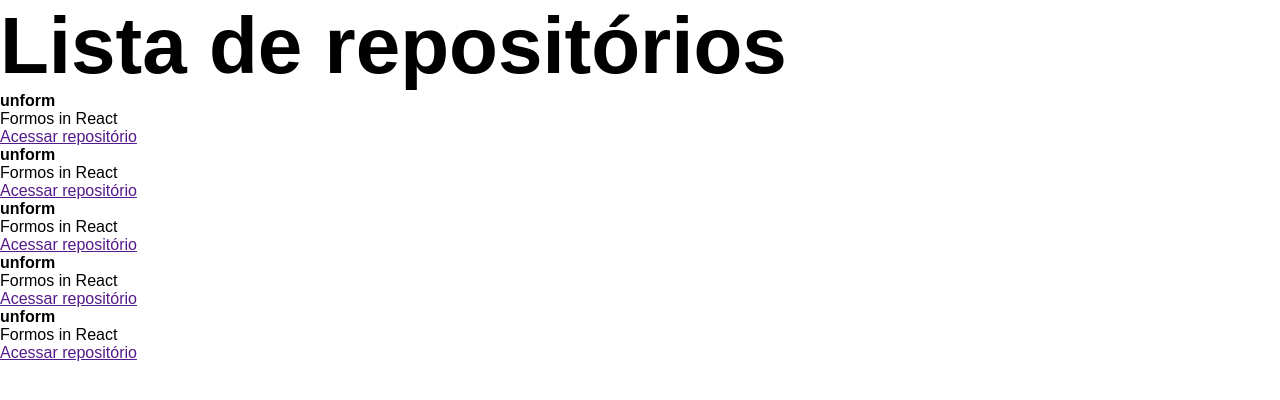
Repository: soualexandre/github-explore
Page: /
These files come from the project's save history. The page is drawn as it stood at one moment and after the next save; the edit follows.
The browser window is 1280 px wide. The pictures show the whole page.
The project was rebuilt for these pictures with package versions that can differ from the ones it lists, and the page was loaded fresh each time. Also part of the build but not shown: webpack.config.js.

Above is the page before, as saved 2021-07-09 14:39:13.

### public/index.html
<!DOCTYPE html>
<html lang="en">
<head>
    <meta charset="UTF-8">
    <meta http-equiv="X-UA-Compatible" content="IE=edge">
    <meta name="viewport" content="width=device-width, initial-scale=1.0">
    <title>Github Explore</title>
</head>
<body>
    <div id="root"></div>
    <script src="../dist/bundle.js"></script>
</body>
</html>

### src/index.jsx
import {render} from 'react-dom'
import {App} from './App'
render(
    <App/>,
     document.getElementById("root"))

### src/App.jsx
import React from 'react'
import './atyles/global.scss'
import { RepositoryList } from './components/RepositoryList'

export function App(){
    return <RepositoryList/>
}

### src/atyles/global.scss
*{
    margin: 0;
    padding: 0;
    box-sizing: border-box;
}
body{
    font-family: Arial, Helvetica, sans-serif;
    h1{
        font-size: 80PX;
    }
}

### src/components/RepositoryList.jsx
export function RepositoryList() {
    return (
        <section>
            <h1>Lista de repositórios</h1>
            <ul>
                <li >
                    <strong>unform</strong>
                    <p>Formos in React</p>
                    <a href="">
                        Acessar repositório
                    </a>
                </li>
                <li >
                    <strong>unform</strong>
                    <p>Formos in React</p>
                    <a href="">
                        Acessar repositório
                    </a>
                </li>
                <li >
                    <strong>unform</strong>
                    <p>Formos in React</p>
                    <a href="">
                        Acessar repositório
                    </a>
                </li>
                <li >
                    <strong>unform</strong>
                    <p>Formos in React</p>
                    <a href="">
                        Acessar repositório
                    </a>
                </li>
                <li >
                    <strong>unform</strong>
                    <p>Formos in React</p>
                    <a href="">
                        Acessar repositório
                    </a>
                </li>
            </ul>
        </section>
    );
}

After the next save:
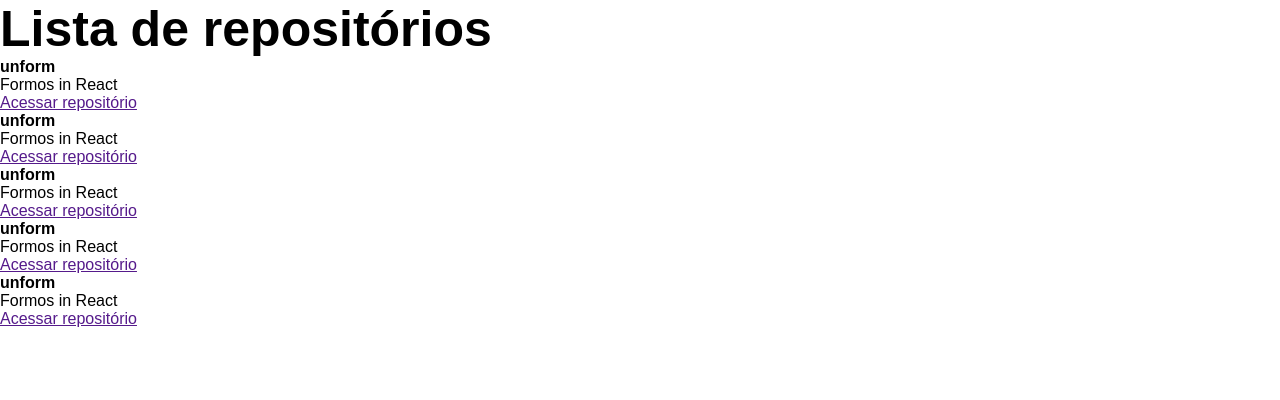
Saved 24 s later.
--- a/src/atyles/global.scss
+++ b/src/atyles/global.scss
@@ -6,6 +6,6 @@
 body{
     font-family: Arial, Helvetica, sans-serif;
     h1{
-        font-size: 80PX;
+        font-size: 50PX;
     }
 }
